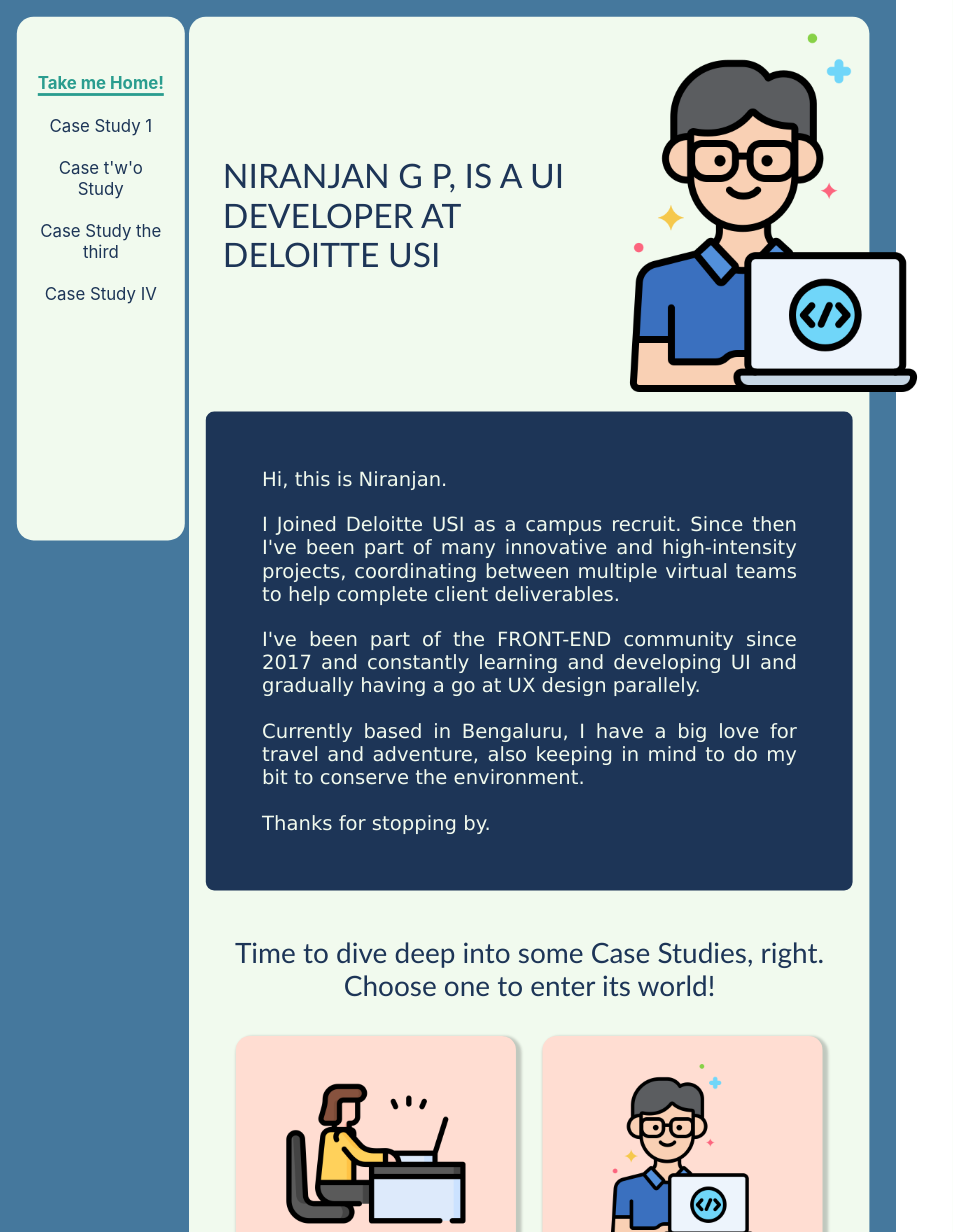
Repository: niranjangp/portfolioReact
Page: /
These files come from the project's save history. The page is drawn as it stood at one moment and after the next save; the edit follows.
The browser window is 1280 px wide. The page is 1361 px wide, so the pictures cover 1361 px, including what lies to the right of the window. The pictures show the part of the page from y = 0 to 1760 px (the page is 2791 px tall before and 3035 px after), at 70% of full size.
The project was rebuilt for these pictures with package versions that can differ from the ones it lists, and the page was loaded fresh each time. Also part of the build but not shown: src/pages/csOne.jsx, src/pages/notFound.jsx.

Above is the page before, as saved 2022-02-01 01:07:06.

After the next save:
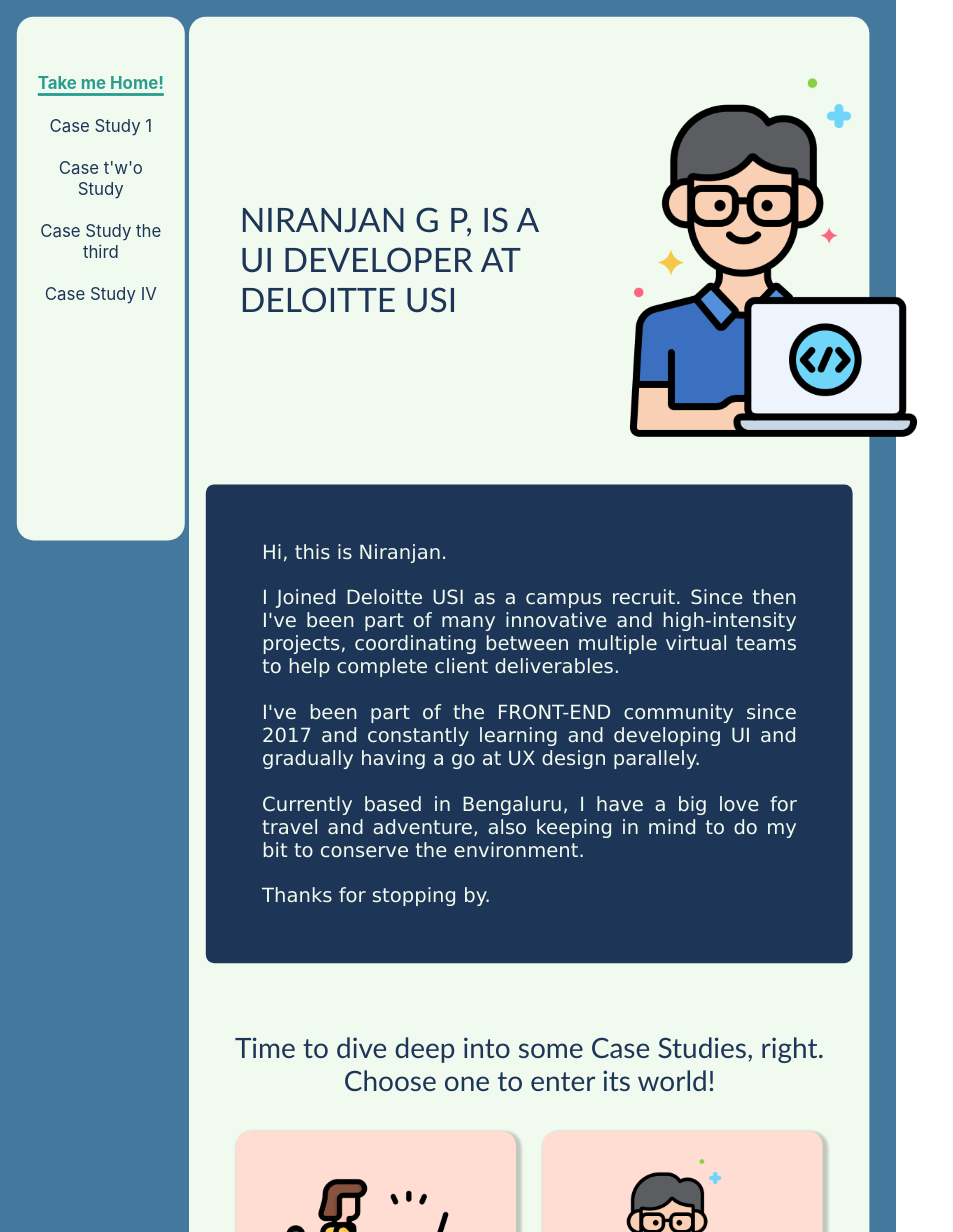
Saved 12 min 32 s later.
--- a/src/App.css
+++ b/src/App.css
@@ -44,14 +44,14 @@
 .fr-info {
   font-size: 3rem;
   font-family:'Gill Sans', 'Gill Sans MT', Calibri, 'Trebuchet MS', sans-serif;
-  padding: 24px;
+  padding: 24px 24px 24px 48px;
   color: #1d3557;
 }
 
 .firstRow {
   display: flex;
   align-items: center;
-  margin-bottom: 1.5rem;
+  padding: 64px 0;
 }
 
 .width-60 {
@@ -100,12 +100,13 @@
 .third-row {
   display: flex;
   flex-wrap: wrap;
-  padding: 64px 24px;
+  padding: 96px 24px 0;
 }
 
 .card-box {
   width: 50%;
   text-align: center;
+  height: 600px;
 }
 
 .card {
@@ -153,10 +154,12 @@
 footer {
   width: 75%;
   margin-left: 20%;
-  background-color: #F1FAEE;
+  background-color: #cfdbd5;
   height: 100%;
   border-radius: 1.5rem;
   padding:24px;
+  margin-top: 64px;
+  color: #223843;
 }
 .footer-info {
   font-size: 1.5rem;
